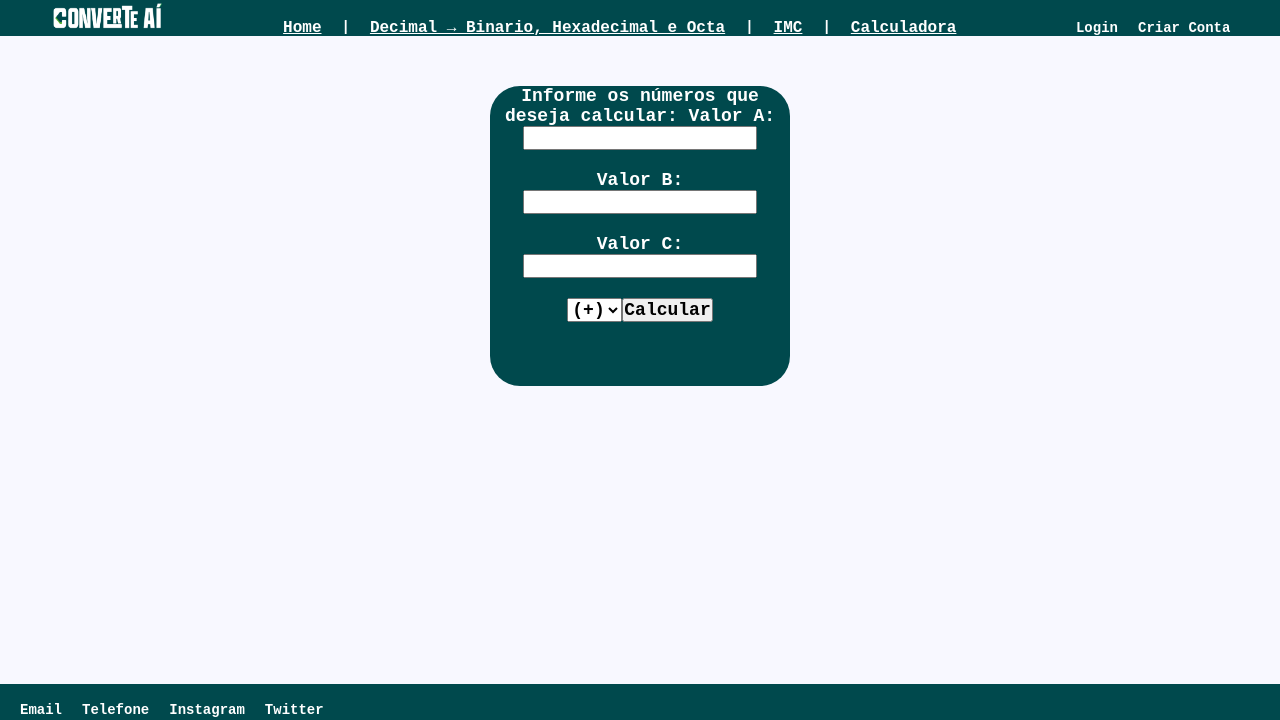
Repository: Frav1u/converteai
Page: ConverteAi/src/main/webapp/META-INF/calculadora.html
The author's editor kept a copy of each file at every save. The page is drawn from the files as they stood at one save, then again after the next save.
The browser window is 1280 px wide. The pictures show the whole page.
Some web fonts or font styles are not loaded; a fallback is used.

Above is the page before, as saved 2023-10-01 21:30:59.

After the next save:
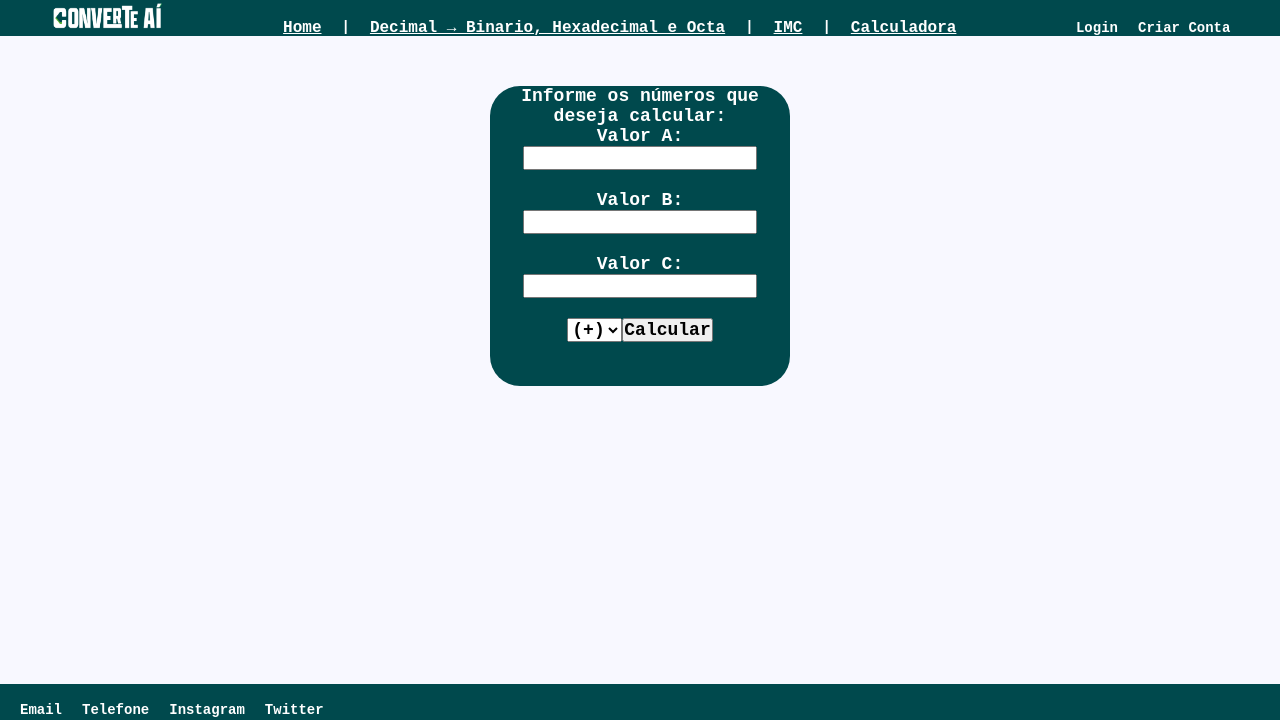
Saved 99 s later.
--- a/ConverteAi/src/main/webapp/META-INF/calculadora.html
+++ b/ConverteAi/src/main/webapp/META-INF/calculadora.html
@@ -31,7 +31,7 @@
 	<main>
 		<div class="caixa">
 	<form action= "Resultado.jsp" method = "get">
-		<label> Informe os números que deseja calcular:</label>
+		<p> Informe os números que deseja calcular:</p>
 		<label>Valor A: </label>
 		<input type="text" name="ValorA"><br>
 		<br>
